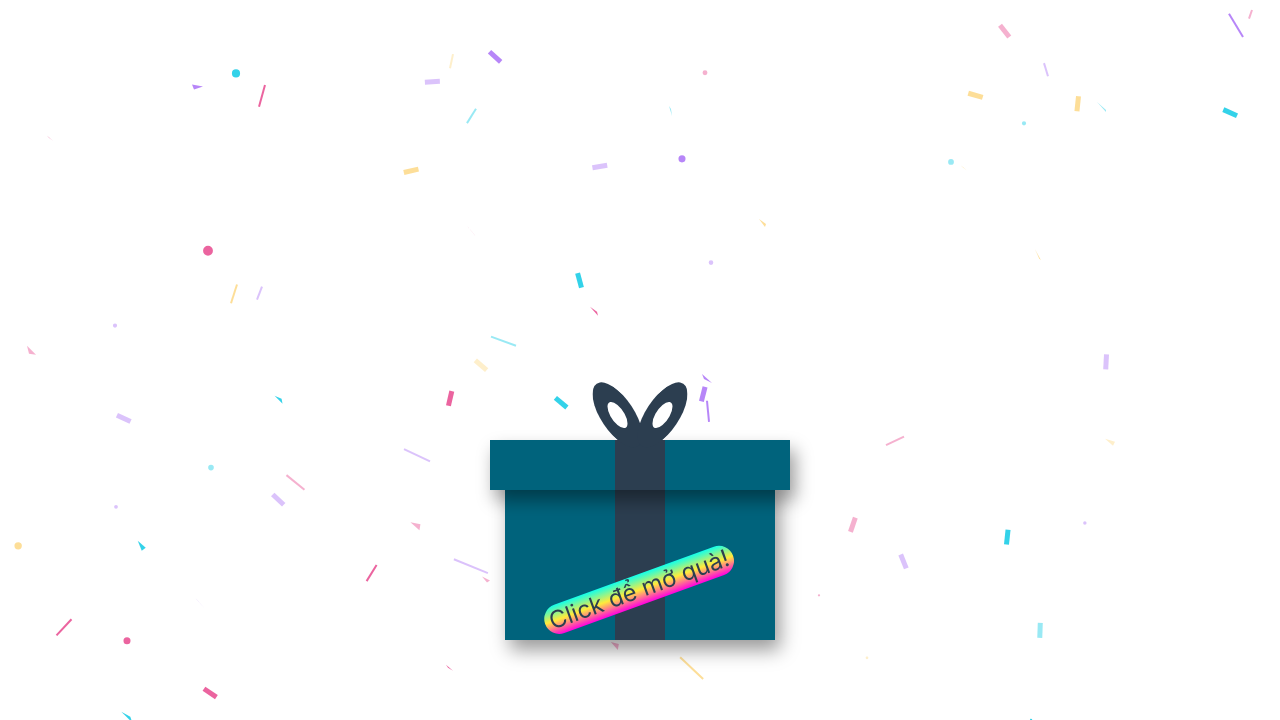
Repository: trongnghia161001/birth_day
Page: index.html
The author's editor kept a copy of each file at every save. The page is drawn from the files as they stood at one save, then again after the next save.
The browser window is 1280 px wide. The pictures show the whole page.

Above is the page before, as saved 2022-11-14 23:22:15.

### index.html
<!DOCTYPE html>
<html>

<head>
  <meta charset="utf-8" />
  <meta name="viewport" content="width=device-width" />
  <title>Happy Birthday!</title>

  <link rel="stylesheet" href="styles/flexbox-center-container.css" media="all">
  <link rel="stylesheet" href="styles/system-fonts.css" media="all">
  <link rel="stylesheet" href="styles/style.css" media="all">
</head>

<body>
  <canvas id=c></canvas>
  <canvas id="confetti"></canvas>
  <div class="container" id="count">
    <h1 id="head">Countdown to your birthday:</h1>
    <ul>
      <li><span id="day"></span>days</li>
      <li><span id="hour"></span>hours</li>
      <li><span id="minute"></span>minutes</li>
      <li><span id="second"></span>seconds</li>
    </ul>
  </div>
  <div id="merrywrap" class="merrywrap">
    <canvas id="snowfall"></canvas>
    <div class="giftbox">
      <div class="cover">
        <div></div>
      </div>
    <div class="box"></div>
  </div>
</body>
<script src="scripts/confetti.min.js" charset="utf-8"></script>
<script src="scripts/index.js" charset="utf-8"></script>
</html>

### styles/style.css
* {
  box-sizing: border-box;
  margin: 0;
  padding: 0;
}
canvas {
  position: absolute;
  top: 0;
  left: 0;
}
body {
  background: #ffffff;
  overflow: hidden;
}
.container {
  color: rgba(55, 59, 65, 0.8);
  font-family: Helvetica, sans-serif;
  font-weight: lighter;
  text-align: center;
}

h1 {
  font-weight: normal;
}
li {
  display: inline-block;
  font-size: 1.5em;
  list-style-type: none;
  padding: 1em;
  text-transform: uppercase;
}
li span {
  display: block;
  font-size: 4.5rem;
}
.merrywrap {
  position: absolute;
  right: 40px;
  left: 40px;
  bottom: 80px;
  top: 40px;
}
.giftbox {
  position: absolute;
  width: 300px;
  height: 200px;
  left: 50%;
  margin-left: -150px;
  bottom: 0;
  z-index: 10;
}


.giftbox > div {
  background: rgb(0, 99, 124);
  position: absolute;
  box-shadow: 5px 10px 18px rgba(0, 0, 0, 0.4);
}

.giftbox:hover > div {
  box-shadow: none;
  transition: 0.5s all;
}

.giftbox > div:after, .giftbox > div:before {
  position: absolute;
  content: "";
  top: 0;
}
.giftbox:after {
  position: absolute;
  color: #2C3E50;
  width: 100%;
  content: "Click để mở quà!";
  left: 50px;
  bottom: 0;
  font-size: 24px;
  text-align: center;
  transform: rotate(-20deg);
  transform-origin: 0 0;
  background: linear-gradient(#14ffe9, #ffeb3b, #ff00e0);
  height: 30px;
  width: 200px;
  border-radius: 50px;
  cursor: pointer;
}

.giftbox .cover {
  width: 100%;
  top: 0;
  left: 0;
  height: 25%;
  z-index: 2;
}
.giftbox .cover:before {
  position: absolute;
  height: 100%;
  left: 50%;
  width: 50px;
  transform: translateX(-50%);
  background: #2C3E50;
}
.giftbox .cover > div {
  position: absolute;
  width: 50px;
  height: 50px;
  left: 50%;
  top: -50px;
  transform: translateX(-50%);
}
.giftbox .cover > div:before, .giftbox .cover > div:after {
  position: absolute;
  left: 0;
  top: 0;
  width: 100%;
  height: 100%;
  content: "";
  box-shadow: inset 0 0 0 15px #2C3E50;
  border-radius: 30px;
  transform-origin: 50% 100%;
}
.giftbox .cover > div:before {
  transform: translateX(-45%) skewY(40deg);
}
.giftbox .cover > div:after {
  transform: translateX(45%) skewY(-40deg);
}
.giftbox .box {
  right: 5%;
  left: 5%;
  height: 80%;
  bottom: 0;
}
.giftbox .box:before {
  width: 50px;
  height: 100%;
  left: 50%;
  transform: translateX(-50%);
  background: #2C3E50;
}
.giftbox .box:after {
  width: 100%;
  height: 30px;
  background: rgba(0, 0, 0, 0);
}
.step-1 .giftbox {
  animation: wobble 0.5s linear infinite forwards;
}
.step-1 .cover {
  animation: wobble 0.5s linear infinite 5s forwards;
}
.step-1 .icons .row span {
  opacity: 1;
}
.step-2 .giftbox:after {
  opacity: 0;
}
.step-3 .giftbox, .step-4 .giftbox {
  opacity: 0;
  z-index: 1;
}
.step-3 .giftbox:after, .step-4 .giftbox:after {
  opacity: 0;
}
.step-2 .giftbox .cover {
  animation: flyUp 2s ease-in forwards;
}
.step-2 .giftbox .box {
  animation: flyDown 2s ease-in 0.05s forwards;
}
@keyframes wobble {
  25% {
      transform: rotate(4deg);
 }
  75% {
      transform: rotate(-2deg);
 }
}
@keyframes flyUp {
  75% {
      opacity: 1;
 }
  100% {
      transform: translateY(-1000px) rotate(20deg);
      opacity: 0;
 }
}
@keyframes flyDown {
  75% {
      opacity: 1;
 }
  100% {
      transform: translateY(100%);
      opacity: 0;
 }
}

### scripts/index.js
const count = document.getElementById('count');
const head = document.getElementById('head');
const giftbox = document.getElementById('merrywrap');
const canvasC = document.getElementById('c');

const config = {
  birthdate: 'November 14, 2022',
  name: 'Nguyễn Thị Quỳnh Nhi'
};

function hideEverything() {
  head.style.display = 'none';
  count.style.display = 'none';
  giftbox.style.display = 'none';
  canvasC.style.display = 'none';
}

hideEverything();

const confettiSettings = { target: 'confetti' };
const confetti = new window.ConfettiGenerator(confettiSettings);
confetti.render();

const second = 1000,
  minute = second * 60,
  hour = minute * 60,
  day = hour * 24;

let countDown = new Date(`${config.birthdate} 00:00:00`).getTime();
x = setInterval(function() {
  let now = new Date().getTime(),
    distance = countDown - now;

  document.getElementById('day').innerText = Math.floor(distance / day);
  document.getElementById('hour').innerText = Math.floor(
    (distance % day) / hour
  );
  document.getElementById('minute').innerText = Math.floor(
    (distance % hour) / minute
  );
  document.getElementById('second').innerText = Math.floor(
    (distance % minute) / second
  );

  let w = (c.width = window.innerWidth),
    h = (c.height = window.innerHeight),
    ctx = c.getContext('2d'),
    hw = w / 2, // half-width
    hh = h / 2,
    opts = {
      strings: ['HAPPY', 'BIRTHDAY!', config.name],
      charSize: 30,
      charSpacing: 35,
      lineHeight: 40,
      cx: w / 2,
      cy: h / 2,

      fireworkPrevPoints: 10,
      fireworkBaseLineWidth: 5,
      fireworkAddedLineWidth: 8,
      fireworkSpawnTime: 200,
      fireworkBaseReachTime: 30,
      fireworkAddedReachTime: 30,
      fireworkCircleBaseSize: 20,
      fireworkCircleAddedSize: 10,
      fireworkCircleBaseTime: 30,
      fireworkCircleAddedTime: 30,
      fireworkCircleFadeBaseTime: 10,
      fireworkCircleFadeAddedTime: 5,
      fireworkBaseShards: 5,
      fireworkAddedShards: 5,
      fireworkShardPrevPoints: 3,
      fireworkShardBaseVel: 4,
      fireworkShardAddedVel: 2,
      fireworkShardBaseSize: 3,
      fireworkShardAddedSize: 3,
      gravity: 0.1,
      upFlow: -0.1,
      letterContemplatingWaitTime: 360,
      balloonSpawnTime: 20,
      balloonBaseInflateTime: 10,
      balloonAddedInflateTime: 10,
      balloonBaseSize: 20,
      balloonAddedSize: 20,
      balloonBaseVel: 0.4,
      balloonAddedVel: 0.4,
      balloonBaseRadian: -(Math.PI / 2 - 0.5),
      balloonAddedRadian: -1
    },
    calc = {
      totalWidth:
        opts.charSpacing *
        Math.max(opts.strings[0].length, opts.strings[1].length)
    },
    Tau = Math.PI * 2,
    TauQuarter = Tau / 4,
    letters = [];

  ctx.font = opts.charSize + 'px Verdana';

  function Letter(char, x, y) {
    this.char = char;
    this.x = x;
    this.y = y;

    this.dx = -ctx.measureText(char).width / 2;
    this.dy = +opts.charSize / 2;

    this.fireworkDy = this.y - hh;

    let hue = (x / calc.totalWidth) * 360;

    this.color = 'hsl(hue,80%,50%)'.replace('hue', hue);
    this.lightAlphaColor = 'hsla(hue,80%,light%,alp)'.replace('hue', hue);
    this.lightColor = 'hsl(hue,80%,light%)'.replace('hue', hue);
    this.alphaColor = 'hsla(hue,80%,50%,alp)'.replace('hue', hue);

    this.reset();
  }
  Letter.prototype.reset = function() {
    this.phase = 'firework';
    this.tick = 0;
    this.spawned = false;
    this.spawningTime = (opts.fireworkSpawnTime * Math.random()) | 0;
    this.reachTime =
      (opts.fireworkBaseReachTime +
        opts.fireworkAddedReachTime * Math.random()) |
      0;
    this.lineWidth =
      opts.fireworkBaseLineWidth + opts.fireworkAddedLineWidth * Math.random();
    this.prevPoints = [[0, hh, 0]];
  };
  Letter.prototype.step = function() {
    if (this.phase === 'firework') {
      if (!this.spawned) {
        ++this.tick;
        if (this.tick >= this.spawningTime) {
          this.tick = 0;
          this.spawned = true;
        }
      } else {
        ++this.tick;

        let linearProportion = this.tick / this.reachTime,
          armonicProportion = Math.sin(linearProportion * TauQuarter),
          x = linearProportion * this.x,
          y = hh + armonicProportion * this.fireworkDy;

        if (this.prevPoints.length > opts.fireworkPrevPoints)
          this.prevPoints.shift();

        this.prevPoints.push([x, y, linearProportion * this.lineWidth]);

        let lineWidthProportion = 1 / (this.prevPoints.length - 1);

        for (let i = 1; i < this.prevPoints.length; ++i) {
          let point = this.prevPoints[i],
            point2 = this.prevPoints[i - 1];

          ctx.strokeStyle = this.alphaColor.replace(
            'alp',
            i / this.prevPoints.length
          );
          ctx.lineWidth = point[2] * lineWidthProportion * i;
          ctx.beginPath();
          ctx.moveTo(point[0], point[1]);
          ctx.lineTo(point2[0], point2[1]);
          ctx.stroke();
        }

        if (this.tick >= this.reachTime) {
          this.phase = 'contemplate';

          this.circleFinalSize =
            opts.fireworkCircleBaseSize +
            opts.fireworkCircleAddedSize * Math.random();
          this.circleCompleteTime =
            (opts.fireworkCircleBaseTime +
              opts.fireworkCircleAddedTime * Math.random()) |
            0;
          this.circleCreating = true;
          this.circleFading = false;

          this.circleFadeTime =
            (opts.fireworkCircleFadeBaseTime +
              opts.fireworkCircleFadeAddedTime * Math.random()) |
            0;
          this.tick = 0;
          this.tick2 = 0;

          this.shards = [];

          let shardCount =
              (opts.fireworkBaseShards +
                opts.fireworkAddedShards * Math.random()) |
              0,
            angle = Tau / shardCount,
            cos = Math.cos(angle),
            sin = Math.sin(angle),
            x = 1,
            y = 0;

          for (let i = 0; i < shardCount; ++i) {
            let x1 = x;
            x = x * cos - y * sin;
            y = y * cos + x1 * sin;

            this.shards.push(new Shard(this.x, this.y, x, y, this.alphaColor));
          }
        }
      }
    } else if (this.phase === 'contemplate') {
      ++this.tick;

      if (this.circleCreating) {
        ++this.tick2;
        let proportion = this.tick2 / this.circleCompleteTime,
          armonic = -Math.cos(proportion * Math.PI) / 2 + 0.5;

        ctx.beginPath();
        ctx.fillStyle = this.lightAlphaColor
          .replace('light', 50 + 50 * proportion)
          .replace('alp', proportion);
        ctx.beginPath();
        ctx.arc(this.x, this.y, armonic * this.circleFinalSize, 0, Tau);
        ctx.fill();

        if (this.tick2 > this.circleCompleteTime) {
          this.tick2 = 0;
          this.circleCreating = false;
          this.circleFading = true;
        }
      } else if (this.circleFading) {
        ctx.fillStyle = this.lightColor.replace('light', 70);
        ctx.fillText(this.char, this.x + this.dx, this.y + this.dy);

        ++this.tick2;
        let proportion = this.tick2 / this.circleFadeTime,
          armonic = -Math.cos(proportion * Math.PI) / 2 + 0.5;

        ctx.beginPath();
        ctx.fillStyle = this.lightAlphaColor
          .replace('light', 100)
          .replace('alp', 1 - armonic);
        ctx.arc(this.x, this.y, this.circleFinalSize, 0, Tau);
        ctx.fill();

        if (this.tick2 >= this.circleFadeTime) this.circleFading = false;
      } else {
        ctx.fillStyle = this.lightColor.replace('light', 70);
        ctx.fillText(this.char, this.x + this.dx, this.y + this.dy);
      }

      for (let i = 0; i < this.shards.length; ++i) {
        this.shards[i].step();

        if (!this.shards[i].alive) {
          this.shards.splice(i, 1);
          --i;
        }
      }

      if (this.tick > opts.letterContemplatingWaitTime) {
        this.phase = 'balloon';

        this.tick = 0;
        this.spawning = true;
        this.spawnTime = (opts.balloonSpawnTime * Math.random()) | 0;
        this.inflating = false;
        this.inflateTime =
          (opts.balloonBaseInflateTime +
            opts.balloonAddedInflateTime * Math.random()) |
          0;
        this.size =
          (opts.balloonBaseSize + opts.balloonAddedSize * Math.random()) | 0;

        let rad =
            opts.balloonBaseRadian + opts.balloonAddedRadian * Math.random(),
          vel = opts.balloonBaseVel + opts.balloonAddedVel * Math.random();

        this.vx = Math.cos(rad) * vel;
        this.vy = Math.sin(rad) * vel;
      }
    } else if (this.phase === 'balloon') {
      ctx.strokeStyle = this.lightColor.replace('light', 80);

      if (this.spawning) {
        ++this.tick;
        ctx.fillStyle = this.lightColor.replace('light', 70);
        ctx.fillText(this.char, this.x + this.dx, this.y + this.dy);

        if (this.tick >= this.spawnTime) {
          this.tick = 0;
          this.spawning = false;
          this.inflating = true;
        }
      } else if (this.inflating) {
        ++this.tick;

        let proportion = this.tick / this.inflateTime,
          x = (this.cx = this.x),
          y = (this.cy = this.y - this.size * proportion);

        ctx.fillStyle = this.alphaColor.replace('alp', proportion);
        ctx.beginPath();
        generateBalloonPath(x, y, this.size * proportion);
        ctx.fill();

        ctx.beginPath();
        ctx.moveTo(x, y);
        ctx.lineTo(x, this.y);
        ctx.stroke();

        ctx.fillStyle = this.lightColor.replace('light', 70);
        ctx.fillText(this.char, this.x + this.dx, this.y + this.dy);

        if (this.tick >= this.inflateTime) {
          this.tick = 0;
          this.inflating = false;
        }
      } else {
        this.cx += this.vx;
        this.cy += this.vy += opts.upFlow;

        ctx.fillStyle = this.color;
        ctx.beginPath();
        generateBalloonPath(this.cx, this.cy, this.size);
        ctx.fill();

        ctx.beginPath();
        ctx.moveTo(this.cx, this.cy);
        ctx.lineTo(this.cx, this.cy + this.size);
        ctx.stroke();

        ctx.fillStyle = this.lightColor.replace('light', 70);
        ctx.fillText(
          this.char,
          this.cx + this.dx,
          this.cy + this.dy + this.size
        );

        if (this.cy + this.size < -hh || this.cx < -hw || this.cy > hw)
          this.phase = 'done';
      }
    }
  };

  function Shard(x, y, vx, vy, color) {
    let vel =
      opts.fireworkShardBaseVel + opts.fireworkShardAddedVel * Math.random();

    this.vx = vx * vel;
    this.vy = vy * vel;

    this.x = x;
    this.y = y;

    this.prevPoints = [[x, y]];
    this.color = color;

    this.alive = true;

    this.size =
      opts.fireworkShardBaseSize + opts.fireworkShardAddedSize * Math.random();
  }
  Shard.prototype.step = function() {
    this.x += this.vx;
    this.y += this.vy += opts.gravity;

    if (this.prevPoints.length > opts.fireworkShardPrevPoints)
      this.prevPoints.shift();

    this.prevPoints.push([this.x, this.y]);

    let lineWidthProportion = this.size / this.prevPoints.length;

    for (let k = 0; k < this.prevPoints.length - 1; ++k) {
      let point = this.prevPoints[k],
        point2 = this.prevPoints[k + 1];

      ctx.strokeStyle = this.color.replace('alp', k / this.prevPoints.length);
      ctx.lineWidth = k * lineWidthProportion;
      ctx.beginPath();
      ctx.moveTo(point[0], point[1]);
      ctx.lineTo(point2[0], point2[1]);
      ctx.stroke();
    }

    if (this.prevPoints[0][1] > hh) this.alive = false;
  };

  function generateBalloonPath(x, y, size) {
    ctx.moveTo(x, y);
    ctx.bezierCurveTo(
      x - size / 2,
      y - size / 2,
      x - size / 4,
      y - size,
      x,
      y - size
    );
    ctx.bezierCurveTo(x + size / 4, y - size, x + size / 2, y - size / 2, x, y);
  }

  function anim() {
    window.requestAnimationFrame(anim);

    ctx.fillStyle = '#fff';
    ctx.fillRect(0, 0, w, h);

    ctx.translate(hw, hh);

    let done = true;
    for (let l = 0; l < letters.length; ++l) {
      letters[l].step();
      if (letters[l].phase !== 'done') done = false;
    }

    ctx.translate(-hw, -hh);

    if (done) for (let l = 0; l < letters.length; ++l) letters[l].reset();
  }

  for (let i = 0; i < opts.strings.length; ++i) {
    for (let j = 0; j < opts.strings[i].length; ++j) {
      letters.push(
        new Letter(
          opts.strings[i][j],
          j * opts.charSpacing +
            opts.charSpacing / 2 -
            (opts.strings[i].length * opts.charSize) / 2,
          i * opts.lineHeight +
            opts.lineHeight / 2 -
            (opts.strings.length * opts.lineHeight) / 2
        )
      );
    }
  }

  window.addEventListener('resize', function() {
    w = c.width = window.innerWidth;
    h = c.height = window.innerHeight;

    hw = w / 2;
    hh = h / 2;

    ctx.font = opts.charSize + 'px Verdana';
  });

  if (distance > 0) {
    head.style.display = 'initial';
    count.style.display = 'initial';
  } else {
    head.style.display = 'none';
    count.style.display = 'none';
    giftbox.style.display = 'initial';
    clearInterval(x);
    let merrywrap = document.getElementById('merrywrap');
    let box = merrywrap.getElementsByClassName('giftbox')[0];
    let step = 1;
    let stepMinutes = [2000, 2000, 1000, 1000];

    function init() {
      box.addEventListener('click', openBox, false);
      box.addEventListener('click', showfireworks, false);
    }

    function stepClass(step) {
      merrywrap.className = 'merrywrap';
      merrywrap.className = 'merrywrap step-' + step;
    }

    function openBox() {
      if (step === 1) {
        box.removeEventListener('click', openBox, false);
      }
      stepClass(step);
      if (step === 3) {
      }
      if (step === 4) {
        return;
      }
      setTimeout(openBox, stepMinutes[step - 1]);
      step++;
      //   setTimeout(anim, 1900);
    }

    function showfireworks() {
      canvasC.style.display = 'initial';
      setTimeout(anim, 1500);
    }

    init();
  }

  // if (distance < 0) {
  //     clearInterval(x);
  //     console.log("happy birthday");
  // }
}, second);

Loaded but not shown: styles/flexbox-center-container.css (common file); styles/system-fonts.css (common file); scripts/confetti.min.js (library)

After the next save:
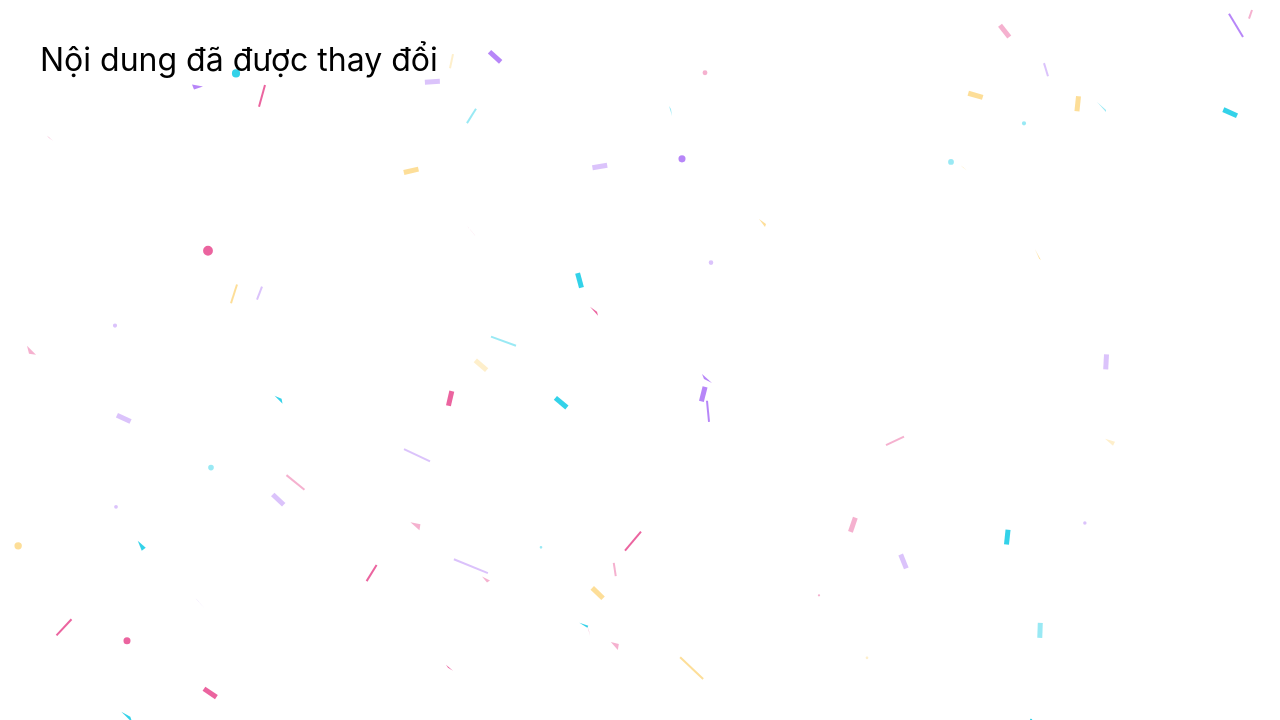
Console error: TypeError: Cannot read properties of undefined (reading 'addEventListener')
Saved 30 s later.
--- a/scripts/index.js
+++ b/scripts/index.js
@@ -498,3 +498,5 @@ x = setInterval(function() {
   //     console.log("happy birthday");
   // }
 }, second);
+
+giftbox.innerHTML= "<h1>Nội dung đã được thay đổi</h1>";

After the 2 saves that followed:
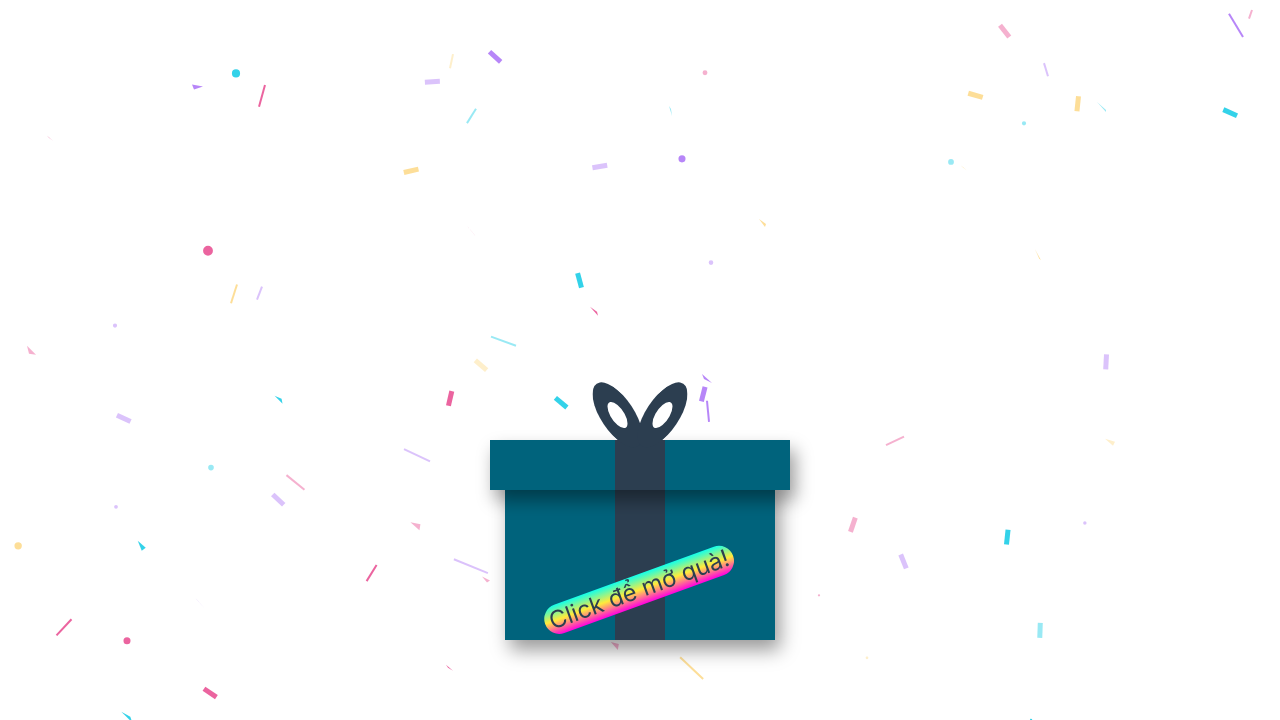
The error is gone.
The 2 saves are shown as one change because 1 left the picture as it was.
The last was saved 63 s later.
--- a/scripts/index.js
+++ b/scripts/index.js
@@ -54,6 +54,7 @@ x = setInterval(function() {
       lineHeight: 40,
       cx: w / 2,
       cy: h / 2,
+      innerHTML: "<h1>Nội dung đã được thay đổi</h1>",
 
       fireworkPrevPoints: 10,
       fireworkBaseLineWidth: 5,
@@ -498,5 +499,3 @@ x = setInterval(function() {
   //     console.log("happy birthday");
   // }
 }, second);
-
-giftbox.innerHTML= "<h1>Nội dung đã được thay đổi</h1>";
